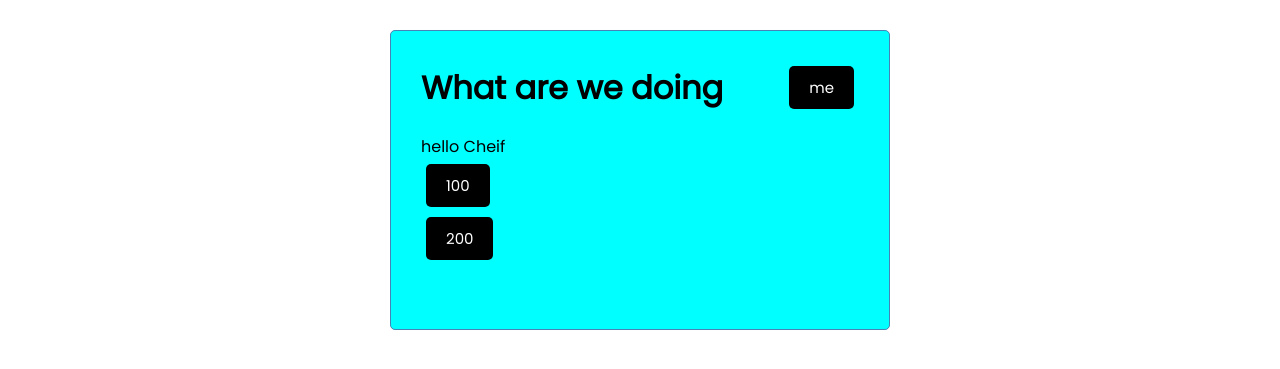
Repository: Jeffkw213/Learning_react
Page: / (app in myapp/)
The author's editor kept a copy of each file at every save. The page is drawn from the files as they stood at one save, then again after a run of saves.
The browser window is 1280 px wide. The pictures show the whole page.
The project was rebuilt for these pictures with package versions that can differ from the ones it lists, and the page was loaded fresh each time.

Above is the page before, as saved 2021-04-30 16:09:28.

After the next 3 saves:
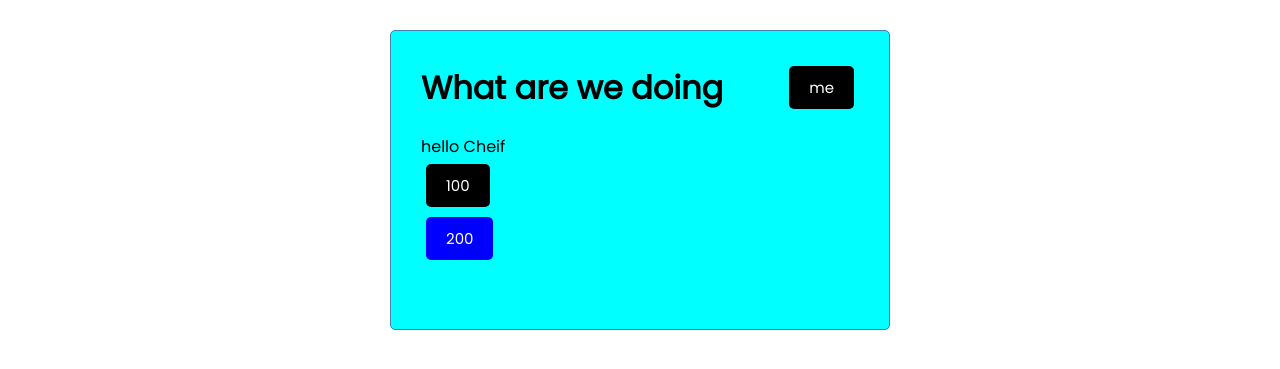
The 3 saves are shown as one change because they came seconds apart.
The last was saved 13 s later.
--- a/myapp/src/Components/body.js
+++ b/myapp/src/Components/body.js
@@ -5,7 +5,7 @@ const body = ({text}) => {
         <div>
             <body className ='body'>{text}
                 <Button name='100' func={()=>{console.log("HELLO")}}/>
-                <Button color = {boolean} name='200' func={()=>{myfunction('red')}}/>
+                <Button color = {boolean? 'blue' : 'green'} name='200' func={()=>{myfunction('red')}}/>
             </body>
         </div>
     )
